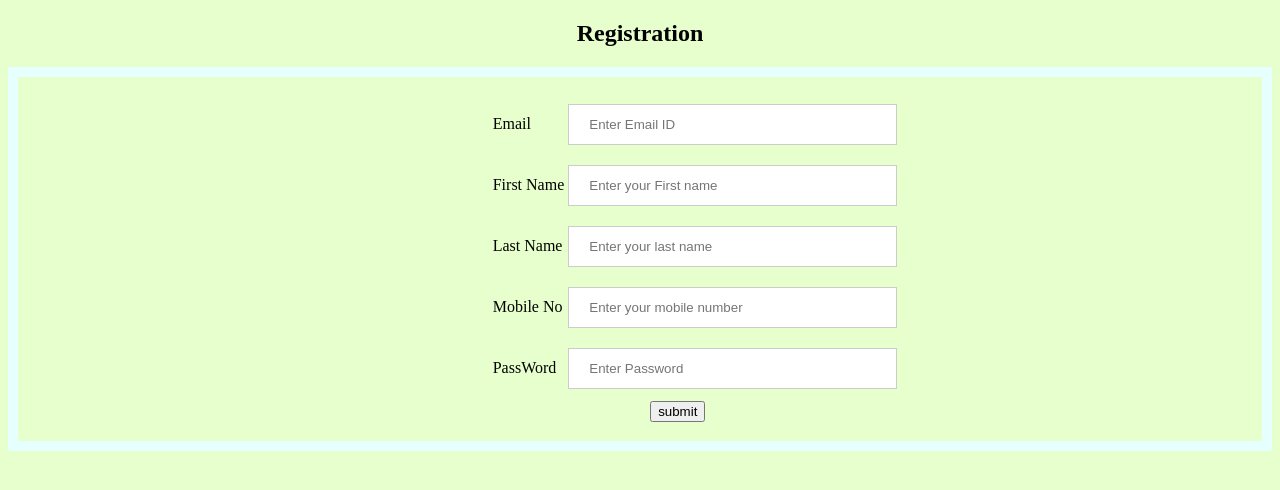
Repository: jagdishpatil18/JavaAdv
Page: Login_App/WebContent/signup.html
An editor plug-in stored every save of this project. The page is shown before and after the next save, followed by the edit.
The browser window is 1280 px wide. The pictures show the whole page.

Above is the page before, as saved 2017-04-28 06:26:03.

### Login_App/WebContent/signup.html
<!DOCTYPE html>
<html>
<head>
<meta charset="UTF-8">
<title>SignUp</title>
<center>
	<h2>Registration</h2>
</center>
</head>
<style>
form {
	border: 10px solid #e6ffff;
}

input[type=text], input[type=password] {
	width: 150%;
	padding: 12px 20px;
	margin: 8px 0;
	display: inline-block;
	border: 1px solid #ccc;
	box-sizing: border-box;
}

.container {
	padding: 16px;
}
</style>

<body bgcolor="#e6ffcc">
	<form action="SignupServlet" method="post">
		<div class="container" style="background-color: #e6ffcc">
			<center>
			<table>
			 <tr>
			   <td> Email </td>
			   <td><input type="text" placeholder="Enter Email ID" name="EmailId"></td>
			   </tr>
			  <tr>
			   <td>First Name </td>
			   <td><input type="text" placeholder="Enter your First name" name="firstname"></td>
			  </tr>
			<tr>
			<td>Last Name</td>
			<td> <input type="text" placeholder="Enter your last name" name="lastname"></td>
			</tr>
			<tr>
			<td>Mobile No</td>
			<td> <input type="text" placeholder="Enter your mobile number" name="mobileno""></td>
			</tr>
			<tr>
				<td>PassWord</td>
				<td><input type="password" placeholder="Enter Password" name="password"></td>
			</tr>
			<tr><td><td><center><input type="submit" value="submit"></center></td></td></tr>
		</table>	</center>
		</div>
	</form>
</body>
</html>

After the next save:
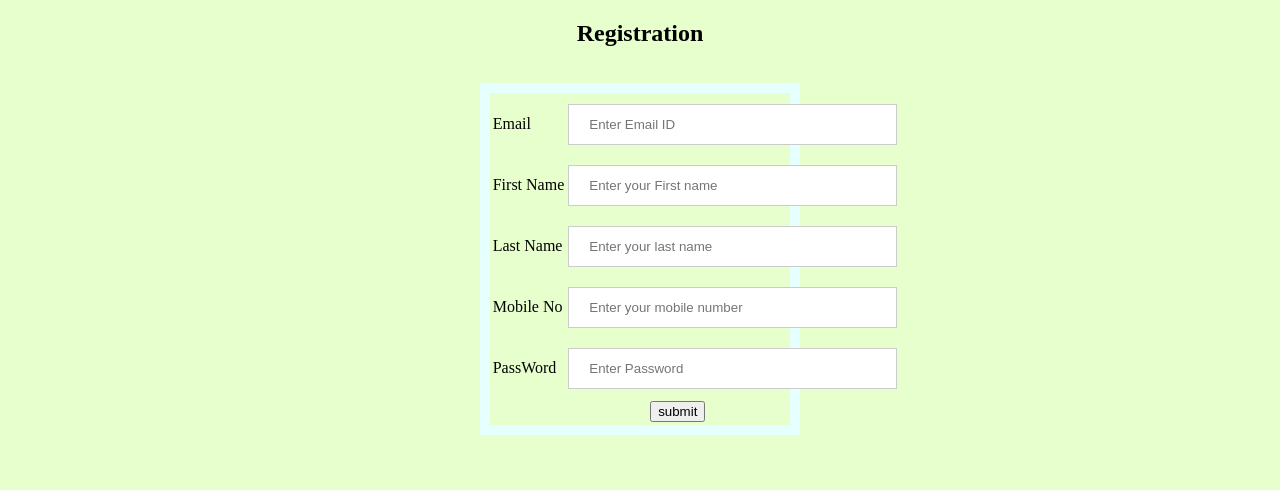
Saved 76 s later.
--- a/Login_App/WebContent/signup.html
+++ b/Login_App/WebContent/signup.html
@@ -8,7 +8,7 @@
 </center>
 </head>
 <style>
-form {
+table {
 	border: 10px solid #e6ffff;
 }
 
